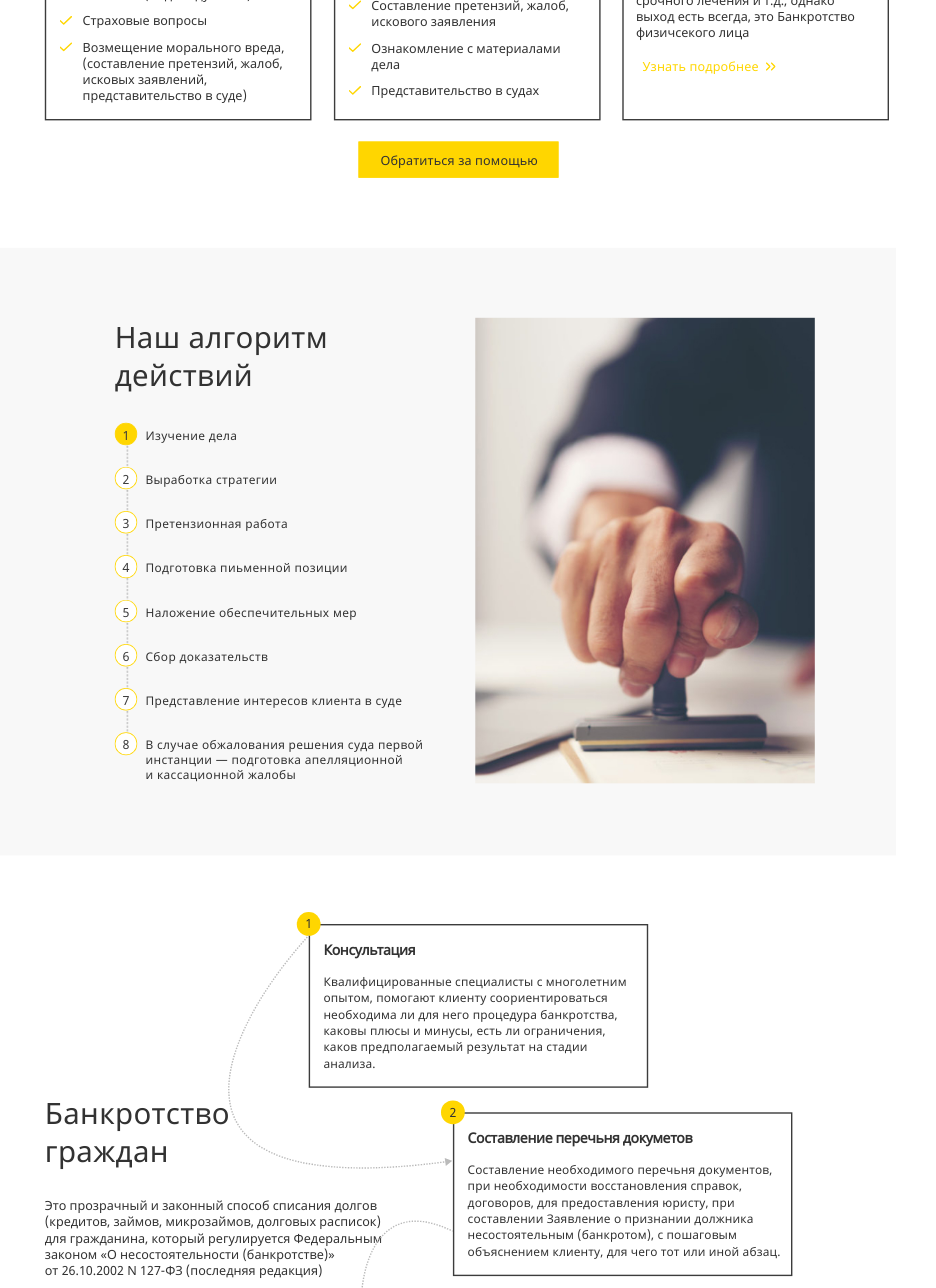
Repository: Nisovaki/antei
Page: http://localhost/
These files come from the project's save history. The page is drawn as it stood at one moment and after the next save; the edit follows.
The browser window is 1280 px wide. The page is 1337 px wide, so the pictures cover 1337 px, including what lies to the right of the window. The pictures show the part of the page from y = 1950 to 3790 px (the page is 6197 px tall before and 6193 px after), at 70% of full size.
The page is run by PHP 8.4 with error messages shown; the project is at /var/www/html/. Style sheets and scripts are compiled from the project's sources, by tool versions that may differ from the author's.

Above is the page before, as saved 2022-03-29 12:52:21.
Console error: SyntaxError: Invalid or unexpected token

After the next save:
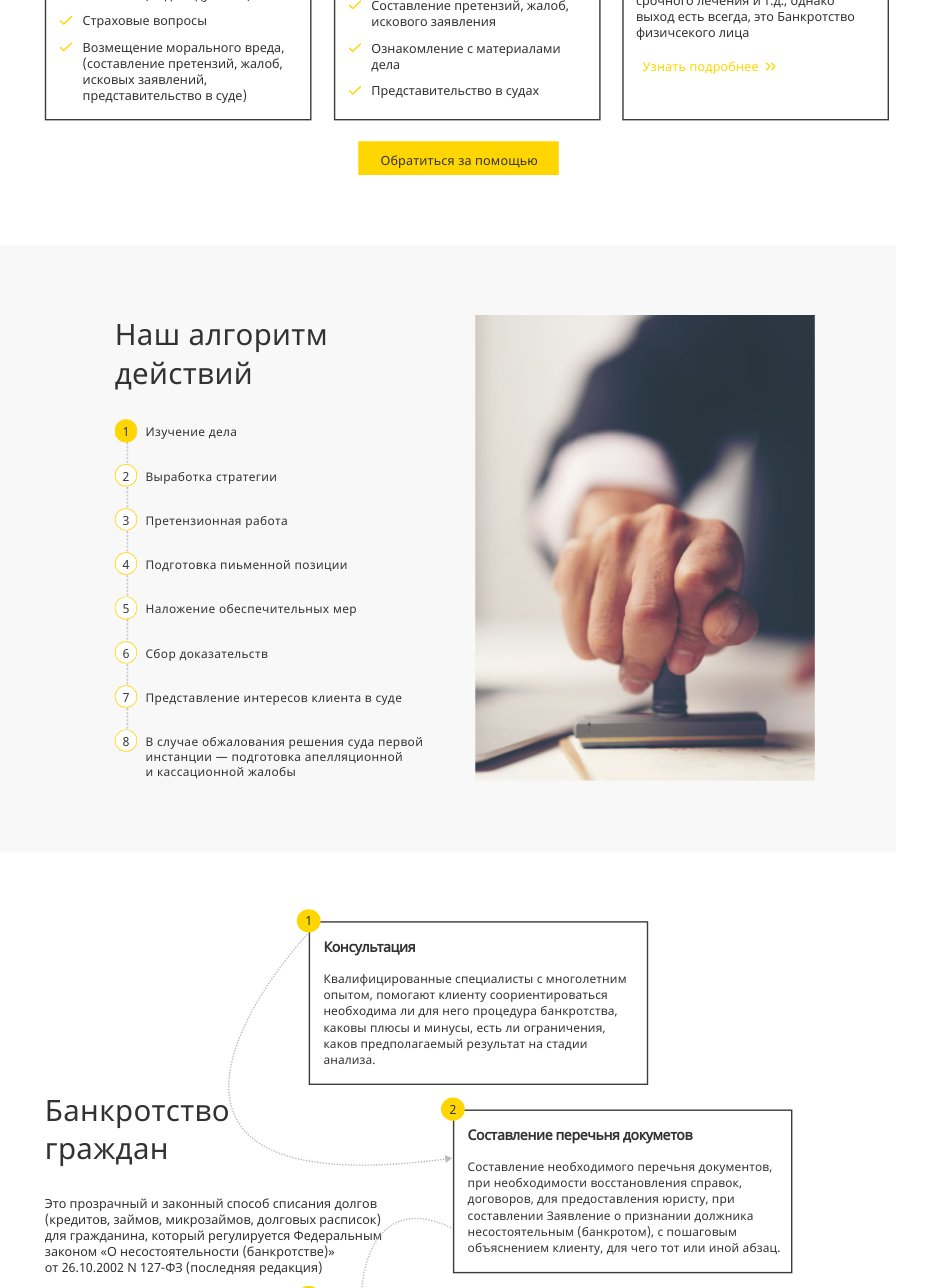
Saved 62 s later.
--- a/sass/block/_services.sass
+++ b/sass/block/_services.sass
@@ -61,6 +61,7 @@
         display: flex
         padding: 15px 15px 14px 32px
         width: 286px
+        height: 48px
         color: inherit
         text-decoration: none
         font-weight: 500
